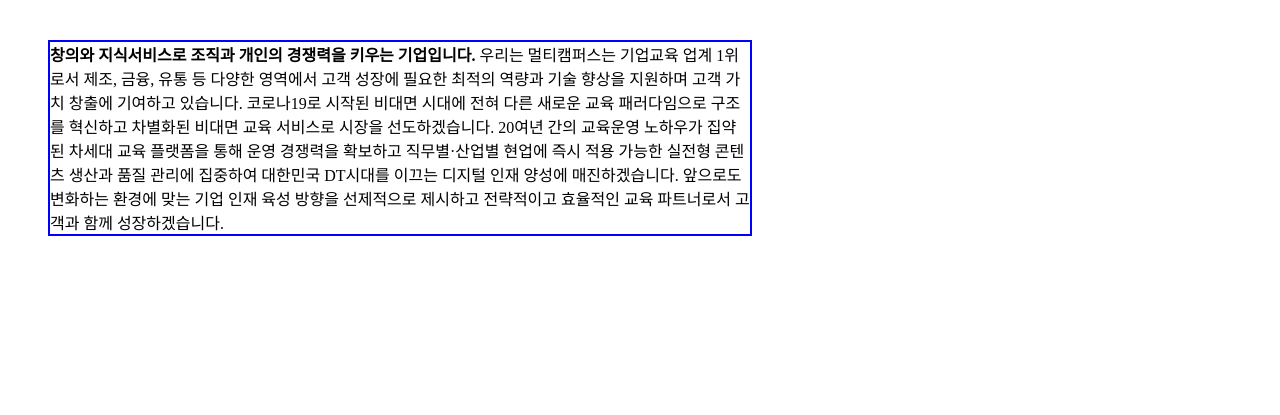
Repository: Pang-Ho/TIL
Page: JavaScript/workspace_web/csstest/WebContent/static.html
An editor plug-in stored every save of this project. The page is shown before and after the next save, followed by the edit.
The browser window is 1280 px wide. The pictures show the whole page.

Above is the page before, as saved 2021-08-23 00:56:07.

### JavaScript/workspace_web/csstest/WebContent/static.html
<!DOCTYPE html>
<head>
  <meta charset="UTF-8">
  <title>Document</title>
  <style type="text/css">
  .content{
  border : 2px solid blue;
  width : 700px;
  margin : 40px;
  /* position : static; */
  top :20px;
  left:20px;
  }
  .box:nth-child(1) {background-color: red;}
  .box:nth-child(2) {background-color: green;}
  .box:nth-child(3) {background-color: blue;}
  </style>
</head>
<body>
    <div class="content">
      <div class="text">
        <b>창의와 지식서비스로 조직과 개인의 경쟁력을 키우는 기업입니다.</b>
        우리는 멀티캠퍼스는 기업교육 업계 1위로서 제조, 금융, 유통 등 다양한 영역에서 고객 성장에 필요한 최적의 역량과 기술 향상을 지원하며 고객 가치 창출에 기여하고 있습니다.
	코로나19로 시작된 비대면 시대에 전혀 다른 새로운 교육 패러다임으로 구조를 혁신하고 차별화된 비대면 교육 서비스로 시장을 선도하겠습니다.
	20여년 간의 교육운영 노하우가 집약된 차세대 교육 플랫폼을 통해 운영 경쟁력을 확보하고 직무별·산업별 현업에 즉시 적용 가능한 실전형 콘텐츠 생산과 품질 관리에 집중하여 대한민국 DT시대를 이끄는 디지털 인재 양성에 매진하겠습니다.
	앞으로도 변화하는 환경에 맞는 기업 인재 육성 방향을 선제적으로 제시하고 전략적이고 효율적인 교육 파트너로서 고객과 함께 성장하겠습니다.
      </div>
    </div>
    <div class="box"></div>
    <div class="box"></div>
    <div class="box"></div>
</body>
</html>

After the next save:
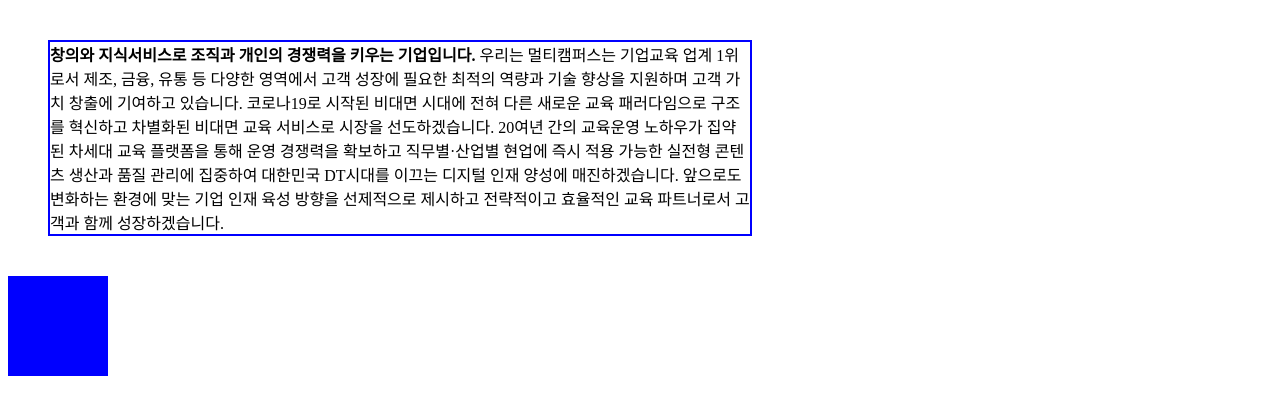
Saved 2 min 13 s later.
--- a/JavaScript/workspace_web/csstest/WebContent/static.html
+++ b/JavaScript/workspace_web/csstest/WebContent/static.html
@@ -10,6 +10,9 @@
   /* position : static; */
   top :20px;
   left:20px;
+  }
+  .box {
+  	width: 100px; height: 100px; position: absolute;
   }
   .box:nth-child(1) {background-color: red;}
   .box:nth-child(2) {background-color: green;}
